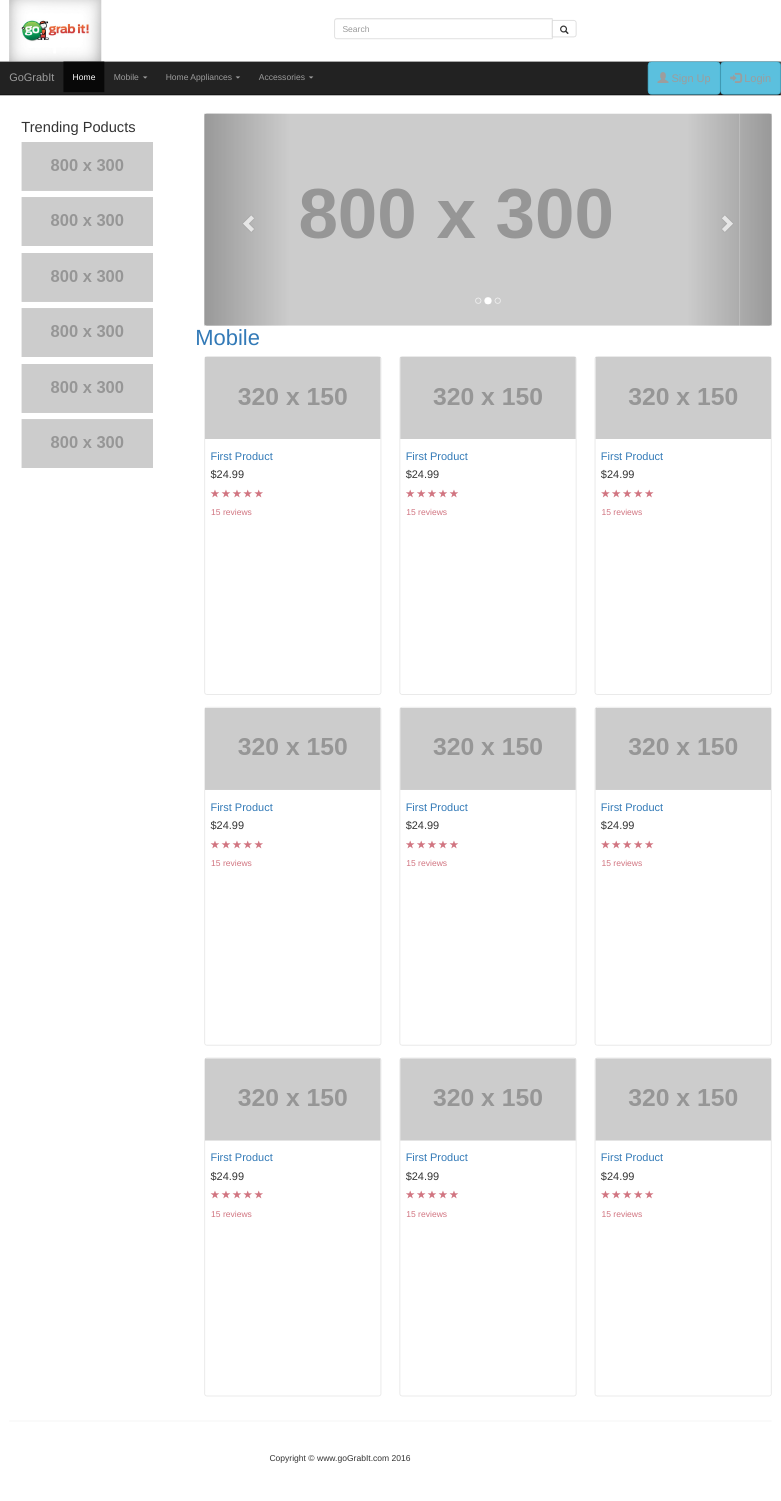
Repository: SixNullPointers/finaltemp
Page: http://localhost/Copy_of_ProductReviewer/category.jsp
These files come from the project's save history. The page is drawn as it stood at one moment and after the next save; the edit follows.
The browser window is 1280 px wide. The pictures show the whole page, at 61% of full size.
The page is served by Tomcat 9. Other server files are loaded and not shown.

Above is the page before, as saved 2016-01-22 15:10:08.

### Copy of ProductReviewer/src/main/webapp/category.jsp
<%@ page language="java" contentType="text/html; charset=ISO-8859-1"
    pageEncoding="ISO-8859-1"%>
<!DOCTYPE html PUBLIC "-//W3C//DTD HTML 4.01 Transitional//EN" "http://www.w3.org/TR/html4/loose.dtd">
<html>
<head>
<meta http-equiv="Content-Type" content="text/html; charset=ISO-8859-1">

<meta charset="utf-8">
    <meta http-equiv="X-UA-Compatible" content="IE=edge">
    <meta name="viewport" content="width=device-width, initial-scale=1">
    <meta name="description" content="">
    <meta name="author" content="">

    <title>Catagory</title>

    <!-- Bootstrap Core CSS -->
    <link href="css/bootstrap.min.css" rel="stylesheet">

    <!-- Custom CSS -->
    <link href="css/shop-homepage.css" rel="stylesheet">

    <!-- HTML5 Shim and Respond.js IE8 support of HTML5 elements and media queries -->
    <!-- WARNING: Respond.js doesn't work if you view the page via file:// -->
    <!--[if lt IE 9]>
        <script src="https://oss.maxcdn.com/libs/html5shiv/3.7.0/html5shiv.js"></script>
        <script src="https://oss.maxcdn.com/libs/respond.js/1.4.2/respond.min.js"></script>
    <![endif]-->

</head>
<body>
<script>
  window.fbAsyncInit = function() {
    FB.init({
      appId      : '1098991976802112',
      xfbml      : true,
      version    : 'v2.5'
    });
  };

  (function(d, s, id){
     var js, fjs = d.getElementsByTagName(s)[0];
     if (d.getElementById(id)) {return;}
     js = d.createElement(s); js.id = id;
     js.src = "//connect.facebook.net/en_US/sdk.js";
     fjs.parentNode.insertBefore(js, fjs);
   }(document, 'script', 'facebook-jssdk'));
</script>
   <div id="myModalforSignup"class="modal fade">
              <div class="modal-dialog">
                     <div class="modal-content">

                           <!-- Header Section -->
                           <div class="modal-header">
                           <button type="button" class="close" data-dismiss="modal">&times;</button>
                                  <h2>Sign UP</h2>

                           </div>

                           <!-- Body Section -->
                           <div class="modal-body">
                                  <form class="form col-md-12">
				<input type="text" class="form-control input-lg" placeholder="First Name" required autofocus /><br>
				                         <input type="text" class="form-control input-lg" placeholder="Last Name" required   /><br>
				                         <input type="text" class="form-control input-lg" placeholder="User Name" required  /><br>
				                         <input type="text" class="form-control input-lg" placeholder="Contact No" required  /><br>
                                         <input type="text" class="form-control input-lg" placeholder="Email" required  /><br>
                                         <input type="password" class="form-control input-lg" placeholder="Password" required /><br>
                                          <input type="password" class="form-control input-lg" placeholder="Confirm Password" required /><br><br><br>

                                  </form>
                           </div>

                           <!-- Footer Section -->
                           <div class="modal-footer">
                                  <div class="col-md-12">
                                         <button class="btn btn-primary btn-lg btn-block">Sign Up</button>
                                  </div>
                           </div>
                     </div>
              </div>
       </div>



       <!-- Modal for sign in -->
   <div id="myModal"class="modal fade">
              <div class="modal-dialog">
                     <div class="modal-content">

                           <!-- Header Section -->
                           <div class="modal-header">
                           <button type="button" class="close" data-dismiss="modal">&times;</button>
                                  <h2>Please sign in</h2>
                                   <div class="fb-login-button" data-max-rows="1" data-size="large" data-show-faces="false" data-auto-logout-link="false"></div>
                           </div>

                           <!-- Body Section -->
                           <div class="modal-body">
                                  <form class="form col-md-12">

                                         <input type="text" class="form-control input-lg" placeholder="Email" required autofocus />
                                         <input type="password" class="form-control input-lg" placeholder="Password" required />

                                         <label class="checkbox"> <input type="checkbox"
                                                value="remember-me" /> Remember me
                                         </label>

                                         <button class="btn btn-primary btn-lg btn-block">Sign In</button>
                                  </form>
                           </div>

                           <!-- Footer Section -->
                           <div class="modal-footer">
                                  <div class="col-md-12">
                                         <span class="pull-left"><a href="#">Forgot Password?</a></span>
                                         <span><a href="#">Register</a></span>
                                  </div>
                           </div>
                     </div>
              </div>
       </div>

    <div class="container-fluid">
    <div class="row">

 	<div class="col-md-5">
    <img src="images/logo.png"width="30%" height="30%">
 	</div>
    <div class="col-md-4">
      <div class="input-group">
        <input type="search"  class="form-control" placeholder="Search">
        <div class="input-group-btn">
            <button type="submit" class="btn btn-default" >
                <span class="glyphicon glyphicon-search"></span>
            </button>
        </div>
    </div>
 	</div>
   <div class="col-md-3">

 	</div>

     </div>
    </div>
   <nav class="navbar navbar-inverse navbar-default navbar-static-top" role="navigation">
  <div class="container-fluid">
    <div class="navbar-header">
      <a class="navbar-brand" href="#">GoGrabIt</a>
    </div>
    <ul class="nav navbar-nav">
      <li class="active"><a href="#">Home</a></li>
     <li class="dropdown">
        <a class="dropdown-toggle" data-toggle="dropdown" href="#">Mobile
        <span class="caret"></span></a>
        <ul class="dropdown-menu">
          <li><a href="#">Page 1-1</a></li>
          <li><a href="#">Page 1-2</a></li>
          <li><a href="#">Page 1-3</a></li>
        </ul>
      </li>
       <li class="dropdown">
        <a class="dropdown-toggle" data-toggle="dropdown" href="#">Home Appliances
                <span class="caret"></span></a>
        <ul class="dropdown-menu">
          <li><a href="#">Page 2-1</a></li>
          <li><a href="#">Page 2-2</a></li>
          <li><a href="#">Page 2-3</a></li>
        </ul>
      </li>
      <li class="dropdown">
        <a class="dropdown-toggle" data-toggle="dropdown" href="#">Accessories
        <span class="caret"></span></a>
        <ul class="dropdown-menu">
          <li><a href="#">Page 3-1</a></li>
          <li><a href="#">Page 3-2</a></li>
          <li><a href="#">Page 3-3</a></li>
        </ul>
      </li>
    </ul>
    <ul class="nav navbar-nav navbar-right">
      <li><a href="#" class="btn btn-info btn-lg" data-toggle="modal" data-target="#myModalforSignup"  ><span class="glyphicon glyphicon-user"></span> Sign Up</a></li>
      <li><a class="btn btn-info btn-lg" data-toggle="modal" data-target="#myModal"  ><span class="glyphicon glyphicon-log-in"></span> Login</a></li>
    </ul>


  </div></nav>
    <!-- Page Content -->
    <div class="container-fluid">

        <div class="row">

            <div class="col-sm-3 col-lg-3 col-md-3">
                <p class="lead"></p>
                <div class="list-group"  style="margin-left: 20px;">
                <h3>Trending Poducts</h3>
                               <div class="item active" style="margin-top: 10px">
                                    <img src="http://placehold.it/800x300" alt="" width="80%" height="50%">
                                </div>
                                <div class="item">
                                    <img  src="http://placehold.it/800x300" alt=""width="80%" height="50%">
                                </div>
                                <div class="item">
                                    <img  src="http://placehold.it/800x300" alt=""width="80%" height="50%">
                                </div>
                                <div class="item">
                                    <img src="http://placehold.it/800x300" alt=""width="80%" height="50%">
                                </div>
                                <div class="item">
                                    <img  src="http://placehold.it/800x300" alt=""width="80%" height="50%">
                                </div>
                                <div class="item">
                                    <img  src="http://placehold.it/800x300" alt=""width="80%" height="50%">
                                </div>

                </div>
            </div>
       <div class="col-md-9">

        <div class="row carousel-holder">

                    <div class="col-md-12">
                        <div id="carousel-example-generic" class="carousel slide" data-ride="carousel">
                            <ol class="carousel-indicators">
                                <li data-target="#carousel-example-generic" data-slide-to="0" class="active"></li>
                                <li data-target="#carousel-example-generic" data-slide-to="1"></li>
                                <li data-target="#carousel-example-generic" data-slide-to="2"></li>
                            </ol>
                            <div class="carousel-inner">
                                <div class="item active">
                                    <img class="slide-image" src="http://placehold.it/800x300" alt="">
                                </div>
                                <div class="item">
                                    <img class="slide-image" src="http://placehold.it/800x300" alt="">
                                </div>
                                <div class="item">
                                    <img class="slide-image" src="http://placehold.it/800x300" alt="">
                                </div>
                            </div>
                            <a class="left carousel-control" href="#carousel-example-generic" data-slide="prev">
                                <span class="glyphicon glyphicon-chevron-left"></span>
                            </a>
                            <a class="right carousel-control" href="#carousel-example-generic" data-slide="next">
                                <span class="glyphicon glyphicon-chevron-right"></span>
                            </a>
                        </div>
                    </div>

                </div>








            <div class="row">
           <a href="#"><h1>Mobile</h1></a>
            </div>
              <div class="row">
                    <div class="col-sm-4 col-lg-4 col-md-4">
                        <div class="thumbnail">
                            <img src="http://placehold.it/320x150" alt="">
                            <div class="caption">
                                <h4><a href="#">First Product</a></h4>
                                <h4>$24.99</h4>
                            </div>
                            <div class="ratings">

                                <p>
                                    <span class="glyphicon glyphicon-star"></span>
                                    <span class="glyphicon glyphicon-star"></span>
                                    <span class="glyphicon glyphicon-star"></span>
                                    <span class="glyphicon glyphicon-star"></span>
                                    <span class="glyphicon glyphicon-star"></span>
                                </p>
                                 <p>15 reviews</p>
                            </div>
                        </div>
                    </div>

                     <div class="col-sm-4 col-lg-4 col-md-4">
                        <div class="thumbnail">
                            <img src="http://placehold.it/320x150" alt="">
                            <div class="caption">
                                <h4><a href="#">First Product</a></h4>
                                <h4>$24.99</h4>
                            </div>
                            <div class="ratings">

                                <p>
                                    <span class="glyphicon glyphicon-star"></span>
                                    <span class="glyphicon glyphicon-star"></span>
                                    <span class="glyphicon glyphicon-star"></span>
                                    <span class="glyphicon glyphicon-star"></span>
                                    <span class="glyphicon glyphicon-star"></span>
                                </p>
                                 <p>15 reviews</p>
                            </div>
                        </div>
                    </div>
                    <div class="col-sm-4 col-lg-4 col-md-4">
                        <div class="thumbnail">
                            <img src="http://placehold.it/320x150" alt="">
                            <div class="caption">
                                <h4><a href="#">First Product</a></h4>
                                <h4>$24.99</h4>
                            </div>
                            <div class="ratings">

                                <p>
                                    <span class="glyphicon glyphicon-star"></span>
                                    <span class="glyphicon glyphicon-star"></span>
                                    <span class="glyphicon glyphicon-star"></span>
                                    <span class="glyphicon glyphicon-star"></span>
                                    <span class="glyphicon glyphicon-star"></span>
                                </p>
                                 <p>15 reviews</p>
                            </div>
                        </div>
                    </div>
                </div>
              <div class="row">
					  <div class="col-sm-4 col-lg-4 col-md-4">
                        <div class="thumbnail">
                            <img src="http://placehold.it/320x150" alt="">
                            <div class="caption">
                                <h4><a href="#">First Product</a></h4>
                                <h4>$24.99</h4>
                            </div>
                            <div class="ratings">

                                <p>
                                    <span class="glyphicon glyphicon-star"></span>
                                    <span class="glyphicon glyphicon-star"></span>
                                    <span class="glyphicon glyphicon-star"></span>
                                    <span class="glyphicon glyphicon-star"></span>
                                    <span class="glyphicon glyphicon-star"></span>
                                </p>
                                 <p>15 reviews</p>
                            </div>
                        </div>
                    </div>

                    <div class="col-sm-4 col-lg-4 col-md-4">
                        <div class="thumbnail">
                            <img src="http://placehold.it/320x150" alt="">
                            <div class="caption">
                                 <h4><a href="#">First Product</a></h4>
                                <h4>$24.99</h4>
                            </div>
                            <div class="ratings">

                                <p>
                                    <span class="glyphicon glyphicon-star"></span>
                                    <span class="glyphicon glyphicon-star"></span>
                                    <span class="glyphicon glyphicon-star"></span>
                                    <span class="glyphicon glyphicon-star"></span>
                                    <span class="glyphicon glyphicon-star"></span>
                                </p>
                                 <p>15 reviews</p>
                            </div>
                        </div>
                    </div>

                    <div class="col-sm-4 col-lg-4 col-md-4">
                        <div class="thumbnail">
                            <img src="http://placehold.it/320x150" alt="">
                            <div class="caption">
                                 <h4><a href="#">First Product</a></h4>
                                <h4>$24.99</h4>
                            </div>
                            <div class="ratings">

                                <p>
                                    <span class="glyphicon glyphicon-star"></span>
                                    <span class="glyphicon glyphicon-star"></span>
                                    <span class="glyphicon glyphicon-star"></span>
                                    <span class="glyphicon glyphicon-star"></span>
                                    <span class="glyphicon glyphicon-star"></span>
                                </p>
                                 <p>15 reviews</p>
                            </div>
                        </div>
                    </div>

                </div>
              <div class="row">

                    <div class="col-sm-4 col-lg-4 col-md-4">
                        <div class="thumbnail">
                            <img src="http://placehold.it/320x150" alt="">
                            <div class="caption">

                                <h4><a href="#">First Product</a></h4>
                                <h4>$24.99</h4>

                            </div>
                            <div class="ratings">

                                <p>
                                    <span class="glyphicon glyphicon-star"></span>
                                    <span class="glyphicon glyphicon-star"></span>
                                    <span class="glyphicon glyphicon-star"></span>
                                    <span class="glyphicon glyphicon-star"></span>
                                    <span class="glyphicon glyphicon-star"></span>
                                </p>
                                 <p>15 reviews</p>
                            </div>
                        </div>
                    </div>

                   <div class="col-sm-4 col-lg-4 col-md-4">
                        <div class="thumbnail">
                            <img src="http://placehold.it/320x150" alt="">
                            <div class="caption">
                               <h4><a href="#">First Product</a></h4>
                                <h4>$24.99</h4>
                            </div>
                            <div class="ratings">

                                <p>
                                    <span class="glyphicon glyphicon-star"></span>
                                    <span class="glyphicon glyphicon-star"></span>
                                    <span class="glyphicon glyphicon-star"></span>
                                    <span class="glyphicon glyphicon-star"></span>
                                    <span class="glyphicon glyphicon-star"></span>
                                </p>
                                 <p>15 reviews</p>
                            </div>
                        </div>
                    </div>

                     <div class="col-sm-4 col-lg-4 col-md-4">
                        <div class="thumbnail">
                            <img src="http://placehold.it/320x150" alt="">
                            <div class="caption">
                                 <h4><a href="#">First Product</a></h4>
                                <h4>$24.99</h4>
                            </div>
                            <div class="ratings">

                                <p>
                                    <span class="glyphicon glyphicon-star"></span>
                                    <span class="glyphicon glyphicon-star"></span>
                                    <span class="glyphicon glyphicon-star"></span>
                                    <span class="glyphicon glyphicon-star"></span>
                                    <span class="glyphicon glyphicon-star"></span>
                                </p>
                                 <p>15 reviews</p>
                            </div>

                        </div>
                    </div>
                </div>
            </div>
                </div>
                </div>

    <!-- /.container -->

    <div class="container-fluid">

        <hr>

        <!-- Footer -->
        <footer>
            <div class="row">
                <div class="col-lg-4"></div>
                <div class="col-lg-4">
                    <p>Copyright &copy; www.goGrabIt.com 2016</p>
                </div>
                    <div class="col-lg-4"></div>
                 <!--  <div class="col-lg-4">
                    <h3>Contact Us</h3>
                    <h4>Sanket Jain</h4>
                    <h5>+91-86575784856</h5>
                    <h5>05178-260840</h5>
                </div> -->
                 <!--  <div class="col-lg-6">
                    <p>About Us</p>
                </div> -->
            </div>
        </footer>

    </div>
    <!-- /.container -->

    <!-- jQuery -->
    <script src="js/jquery.js"></script>

    <!-- Bootstrap Core JavaScript -->
    <script src="js/bootstrap.min.js"></script>


</body>
</html>

### Copy of ProductReviewer/src/main/webapp/css/shop-homepage.css
/*!
 * Start Bootstrap - Shop Homepage HTML Template (http://startbootstrap.com)
 * Code licensed under the Apache License v2.0.
 * For details, see http://www.apache.org/licenses/LICENSE-2.0.
 */

body {
   /*  padding-top: 60px;  *//* Required padding for .navbar-fixed-top. Remove if using .navbar-static-top. Change if height of navigation changes. */
}

.slide-image {
    width: 100%;

}


#pim{
  	width: 200px;
  	height: 300px;


}
#fridge{
  	width: 50%;
  	height: 70%;
	margin-left: 10%;

}

#pac{
  	width: 320px;
  	height: 100px;


}

.input-group
{
  padding-top: 30px;
}
.carousel-holder {
    margin-bottom: 30px;
    height: 20px;
}

.carousel-control,
.item {
    border-radius: 4px;
    margin-top: 10px;
}

.caption {
    height: 80px;
    overflow: hidden;
}

.caption h4 {
    white-space: nowrap;
}

.thumbnail img {
    width: 100%;
}

.ratings {
    padding-right: 10px;
    padding-left: 10px;
    color: #d17581;
    margin-bottom: 100%;
}

.thumbnail {
    padding: 0;

}

.thumbnail .caption-full {
    padding: 9px;
    color: #333;
}

footer {
    margin: 50px 0;
}

Loaded but not shown: Copy of ProductReviewer/src/main/webapp/css/bootstrap.min.css (library); Copy of ProductReviewer/src/main/webapp/js/jquery.js (library); Copy of ProductReviewer/src/main/webapp/js/bootstrap.min.js (library)

After the next save:
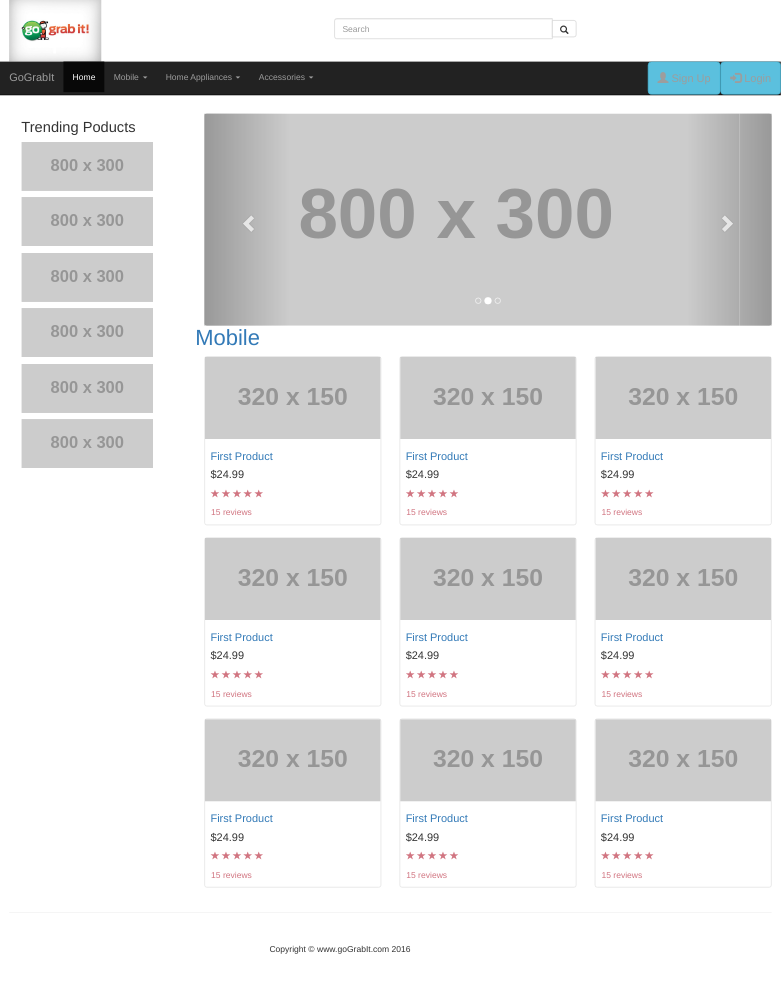
Saved 13 s later.
--- a/Copy of ProductReviewer/src/main/webapp/css/shop-homepage.css
+++ b/Copy of ProductReviewer/src/main/webapp/css/shop-homepage.css
@@ -66,7 +66,7 @@ body {
     padding-right: 10px;
     padding-left: 10px;
     color: #d17581;
-    margin-bottom: 100%;
+
 }
 
 .thumbnail {
